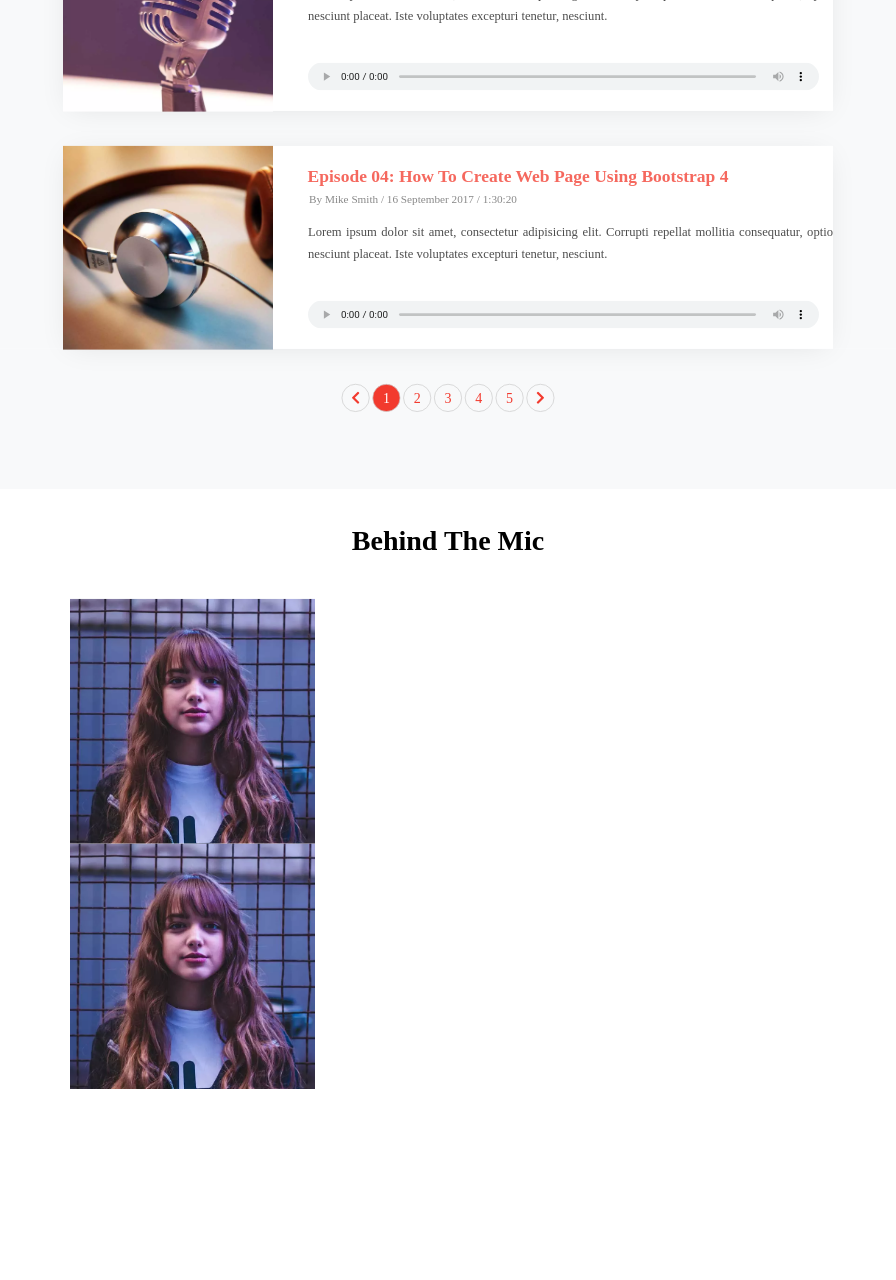
Repository: nhutduy0803/template2
Page: index.html
An editor plug-in stored every save of this project. The page is shown before and after the next save, followed by the edit.
The browser window is 1280 px wide. The pictures show the part of the page from y = 2168 to 4088 px (the page is 3997 px tall before and 4088 px after), at 70% of full size.

Above is the page before, as saved 2021-12-09 14:34:47.

### index.html
<!DOCTYPE html>
<html lang="en">
  <head>
    <meta charset="UTF-8" />
    <meta http-equiv="X-UA-Compatible" content="IE=edge" />
    <meta name="viewport" content="width=device-width, initial-scale=1.0" />
    <link rel="stylesheet" href="./assets/css/style.css" />
    <link
      rel="stylesheet"
      href="./assets/css/font/fontawesome-free-5.15.4-web/css/all.min.css"
    />
    <title>Document</title>
  </head>
  <body>
    <script src="./main.js"></script>
    <div class="slider">
      <h2>Podca</h2>
      <img
        src="./assets/css/img/xhero_bg_1.jpg.pagespeed.ic.EJCcE-mhd6.webp"
        alt=""
      />
      <h3>Episode 09: How To Create Web Page Using Bootstrap 4</h3>
      <span>By Mike Smith | 16 September 2017 | 1:30:20</span>
      <div class="subslider">READ THE TRANSCRIPT</div>
      <div class="menu" onclick="openmenu()">
        <i class="fas fa-bars"></i>
      </div>
      <div class="sub-menu">
        <i class="fas fa-times" onclick="closemenu()"></i>
        <div class="home-menu">
          <p>Home</p>
          <i onclick="subhome()" class="fas fa-caret-down"></i>

          <div class="sub-home">
            <li>Menu One</li>
            <li>Menu Two</li>
            <li>Menu Three</li>
            <li>Sub Menu</li>
          </div>
          <div class="drop-down">
            <p>DropDown</p>
            <i onclick="subdropdown() " class="fas fa-caret-down"></i>
            <div class="sub-dropdown">
              <li>Menu One</li>
              <li>Menu two</li>
              <li>Menu three</li>
            </div>
          </div>

          <p>About</p>
          <p>Contact</p>
        </div>
      </div>
    </div>
    <div class="audio">
      <audio class="audio-one" controls>
        <source src="" type="audio/ogg" />
        <source src="" type="audio/mpeg" />
      </audio>
    </div>
    <div class="RecentPodcasts">
      <h2>Recent Podcasts</h2>
      <div class="container">
        <div class="img-pod">
          <img src="./assets/css/img/pod1.webp" alt="" />
        </div>
        <div class="content-pod">
          <h3>Episode 08: How To Create Web Page Using Bootstrap 4</h3>
          <span>By Mike Smith / 16 September 2017 / 1:30:20</span>
          <p>
            Lorem ipsum dolor sit amet, consectetur adipisicing elit. Corrupti
            repellat mollitia consequatur, optio nesciunt placeat. Iste
            voluptates excepturi tenetur, nesciunt.
          </p>
          <audio class="audiopod" controls>
            <source src="" type="audio/mpeg" />
          </audio>
        </div>
      </div>
      <div class="container">
        <div class="img-pod">
          <img src="./assets/css/img/pod2.webp" alt="" />
        </div>
        <div class="content-pod">
          <h3>Episode 07: How To Create Web Page Using Bootstrap 4</h3>
          <span>By Mike Smith / 16 September 2017 / 1:30:20</span>
          <p>
            Lorem ipsum dolor sit amet, consectetur adipisicing elit. Corrupti
            repellat mollitia consequatur, optio nesciunt placeat. Iste
            voluptates excepturi tenetur, nesciunt.
          </p>
          <audio class="audiopod" controls>
            <source src="" type="audio/mpeg" />
          </audio>
        </div>
      </div>
      <div class="container">
        <div class="img-pod">
          <img src="./assets/css/img/pod3.webp" alt="" />
        </div>
        <div class="content-pod">
          <h3>Episode 06: How To Create Web Page Using Bootstrap 4</h3>
          <span>By Mike Smith / 16 September 2017 / 1:30:20</span>
          <p>
            Lorem ipsum dolor sit amet, consectetur adipisicing elit. Corrupti
            repellat mollitia consequatur, optio nesciunt placeat. Iste
            voluptates excepturi tenetur, nesciunt.
          </p>
          <audio class="audiopod" controls>
            <source src="" type="audio/mpeg" />
          </audio>
        </div>
      </div>
      <div class="container">
        <div class="img-pod">
          <img src="./assets/css/img/pod4.webp" alt="" />
        </div>
        <div class="content-pod">
          <h3>Episode 05: How To Create Web Page Using Bootstrap 4</h3>
          <span>By Mike Smith / 16 September 2017 / 1:30:20</span>
          <p>
            Lorem ipsum dolor sit amet, consectetur adipisicing elit. Corrupti
            repellat mollitia consequatur, optio nesciunt placeat. Iste
            voluptates excepturi tenetur, nesciunt.
          </p>
          <audio class="audiopod" controls>
            <source src="" type="audio/mpeg" />
          </audio>
        </div>
      </div>
      <div class="container">
        <div class="img-pod">
          <img src="./assets/css/img/pod5.webp" alt="" />
        </div>
        <div class="content-pod">
          <h3>Episode 04: How To Create Web Page Using Bootstrap 4</h3>
          <span>By Mike Smith / 16 September 2017 / 1:30:20</span>
          <p>
            Lorem ipsum dolor sit amet, consectetur adipisicing elit. Corrupti
            repellat mollitia consequatur, optio nesciunt placeat. Iste
            voluptates excepturi tenetur, nesciunt.
          </p>
          <audio class="audiopod" controls>
            <source src="" type="audio/mpeg" />
          </audio>
        </div>
      </div>
    </div>
    <div class="list-pod">
      <li><i class="fas fa-chevron-left"></i></li>
      <li>1</li>
      <li>2</li>
      <li>3</li>
      <li>4</li>
      <li>5</li>
      <li><i class="fas fa-chevron-right"></i></li>
    </div>
    <div class="BehindTheMic">
      <h2>Behind The Mic</h2>
      <div class="container-behind">
        <div class="box-behind">
          <div class="picture-behind">
            <img src="./assets/css/img/behind1.webp" alt="" />
          </div>
        </div>

        <div class="picture-behind">
          <img src="./assets/css/img/behind1.webp" alt="" />
        </div>
        <div class="picture-behind">
          <img src="./assets/css/img/behind1.webp" alt="" />
        </div>
        <div class="picture-behind">
          <img src="./assets/css/img/behind1.webp" alt="" />
        </div>
        <div class="picture-behind">
          <img src="./assets/css/img/behind1.webp" alt="" />
        </div>
        <div class="picture-behind">
          <img src="./assets/css/img/behind1.webp" alt="" />
        </div>
      </div>
      <!-- <div class="container-behind">
        <div class="picture-behind">
          <img src="./assets/css/img/behind1.webp" alt="" />
        </div>
      </div>
      <div class="container-behind">
        <div class="picture-behind">
          <img src="./assets/css/img/behind1.webp" alt="" />
        </div>
      </div>
      <div class="container-behind">
        <div class="picture-behind">
          <img src="./assets/css/img/behind1.webp" alt="" />
        </div>
      </div>
      <div class="container-behind">
        <div class="picture-behind">
          <img src="./assets/css/img/behind1.webp" alt="" />
        </div>
      </div>
      <div class="container-behind">
        <div class="picture-behind">
          <img src="./assets/css/img/behind1.webp" alt="" />
        </div>
      </div> -->
    </div>
  </body>
</html>

### assets/css/style.css
* {
  margin: 0;
  padding: 0;
  box-sizing: border-box;
}

.slider {
  width: 100%;
  height: 100vh;
  position: relative;
}

.slider::before {
  content: " ";
  position: absolute;
  top: 0;
  left: 0;
  right: 0;
  bottom: 0;
  background-color: rgba(0, 0, 0, 0.4);
}

.slider img {
  width: 100%;
  height: 100%;
}

.slider h2 {
  position: absolute;
  top: 50px;
  left: 50px;
  color: #fff;
  font-size: 40px;
}
.menu {
  position: absolute;
  right: 50px;
  top: 50px;
  font-size: 30px;
  color: #fff;
}

.slider h3 {
  text-align: center;
  position: absolute;
  transform: translate(-50%);
  top: 30%;
  left: 50%;
  color: #fff;
  font-size: 40px;
  line-height: 1.6;
  font-size: 50px;
}

.slider span {
  position: absolute;
  top: 58%;
  left: 50%;
  transform: translate(-50%);
  color: #ffffff80;
}

.subslider {
  width: 250px;
  background-color: #f23a2e;
  display: flex;
  justify-content: center;
  align-items: center;
  color: #fff;
  font-size: 15px;
  letter-spacing: 2px;
  height: 60px;
  position: absolute;
  top: 65%;
  left: 50%;
  transform: translate(-50%);
  transition: 0.3s;
  border-radius: 5px;
}

.subslider:hover {
  position: absolute;
  top: 64%;
  box-shadow: 0 5px 20px -7px rgba(0, 0, 0, 0.9);
  transition: 0.3s;
}

.sub-menu {
  width: 300px;
  background-color: #fff;
  position: absolute;
  right: -300px;
  top: 0;
  height: 100vh;
  position: fixed;
  transition: 0.3s;
  box-shadow: 0 0 10px rgba(0, 0, 0, 0.4);
}

.sub-menu.openmenu {
  transition: 0.3s;
  right: 0;
}

.sub-menu .fas {
  position: absolute;
  font-size: 25px;
  right: 15px;
  top: 15px;
  transition: 0.2s;
}

.sub-menu .fas:hover {
  transition: 0.2s;
  color: rgb(104, 103, 103);
}

.home-menu {
  margin-top: 100px;
  font-size: 20px;
  margin-left: 15%;
}

.home-menu p {
  margin-bottom: 30px;
  color: #212529;
  transition: 0.3s;
}

.home-menu p:nth-child(2) {
  width: 100%;
  background-color: #fff;
  height: 200px;
}

.home-menu p:hover {
  transition: 0.3s;
  color: #f00;
}

.fa-caret-down {
  margin-top: 85px;
  margin-right: 20px;
}

.drop-down {
  position: relative;
}

.drop-down .fa-caret-down {
  position: absolute;
  top: -85px;
}
.sub-home {
  margin-top: -20px;
  width: 200px;
  height: 0px;
  background-color: #fff;
  visibility: hidden;
  transition: 0.5s;
  opacity: 0;
  margin-bottom: 20px;
}

.sub-home.opensubhome {
  height: 170px;
  visibility: inherit;
  transition: 0.5s;
  opacity: 1;
}

.sub-home li {
  padding: 10px 0px;
  font-weight: 300;
  margin-left: 30px;
  font-size: 17px;
  list-style-type: none;
  /* transition: 0.3s; */
}

.sub-home li:hover {
  transition: 0.3s;
  color: #f00;
}

.sub-dropdown {
  margin-top: -20px;
  background-color: #fff;
  height: 0px;
  width: 200px;
  visibility: hidden;
  transition: 0.3s;
  opacity: 0;
  margin-bottom: 20px;
}

.sub-dropdown li {
  padding-top: 22.5px;
  margin-left: 30px;
  font-weight: 300;
  font-size: 17px;
  list-style-type: none;
  transition: 0.3s;
}

.sub-dropdown li:hover {
  transition: 0.3s;
  color: #f00;
}

.sub-dropdown.opensubdropdown {
  opacity: 1;
  visibility: inherit;
  transition: 0.3s;
  height: 150px;
}

.audio {
  display: flex;
  justify-content: center;
  align-items: center;
  width: 100%;
  background-color: #f8f9fa;
  height: 200px;
}

.audio-one {
  width: 750px;
  height: 40px;
}

.RecentPodcasts {
  background: #f8f9fa;
  height: auto;
  width: 100%;
  text-align: center;
}

.RecentPodcasts h2 {
  font-size: 40px;
  margin-bottom: 50px;
}

.container {
  width: 1100px;
  height: 290px;
  position: relative;
  margin: auto;
  box-shadow: 0 5px 40px -10px rgb(0 0 0 / 10%);
  margin-top: 50px;
}

.img-pod {
  position: absolute;
  top: 0;
  left: 0;
  height: 290px;
  width: 300px;
}

.img-pod img {
  width: 100%;
  height: 100%j;
}

.content-pod {
  padding-top: 30px;
  background: #fff;
  height: 100%;
}

.content-pod h3 {
  font-size: 25px;
  margin-left: 200px;
  color: #f23b2ec4;
  margin-bottom: 10px;
}

.content-pod span {
  margin-left: -100px;
  color: #888;
}

.content-pod p {
  line-height: 1.8;
  margin-top: 20px;
  text-align: justify;
  margin-left: 350px;
  font-size: 18px;
  color: #4d4d4d;
  font-weight: 300;
}

.audiopod {
  margin-top: 50px;
  width: 730px;
  height: 40px;
  margin-left: 330px;
}

.list-pod {
  background: #f8f9fa;
  height: 200px;
  width: 100%;
  text-align: center;
}

.list-pod li {
  padding-top: 7.5px;
  margin-top: 50px;
  list-style-type: none;
  border-radius: 50%;
  height: 40px;
  width: 40px;
  border: 1px solid #ccc;
  display: inline-block;
  color: #f23a2e;
  font-size: 20px;
}

.list-pod li:nth-child(2) {
  font-size: 20px;
  color: #fff;
  background: #f23a2e;
}

.BehindTheMic {
  width: 100%;
  height: 150vh;
  background: #fff;
  text-align: center;
}

.BehindTheMic h2 {
  margin-top: 50px;
  font-size: 40px;
  margin-bottom: 50px;
}

.container-behind {
  margin: auto;
  width: 1100px;
}

.picture-behind {
  margin-left: 10px;
  float: left;
  width: 350px;
  height: 350px;
  overflow: hidden;
  margin-top: 10px;
  /* position: relative; */
  position: absolute;
}

.picture-behind img {
  width: 100%;
  height: 100%;
  transition: 0.3s;
  position: relative;
}

.box-behind {
  position: relative;
  width: 350px;
  height: 350px;
}

### main.js
function openmenu() {
  var openmenu = document.querySelector(".sub-menu");
  openmenu.classList.add("openmenu");
}

function closemenu() {
  var openmenu = document.querySelector(".sub-menu");
  openmenu.classList.remove("openmenu");
}

function subhome() {
  var opensubhome = document.querySelector(".sub-home");
  opensubhome.classList.toggle("opensubhome");
}

function subdropdown() {
  var subdropdown = document.querySelector(".sub-dropdown");
  subdropdown.classList.toggle("opensubdropdown");
}

Loaded but not shown: assets/css/font/fontawesome-free-5.15.4-web/css/all.min.css (library)

After the next save:
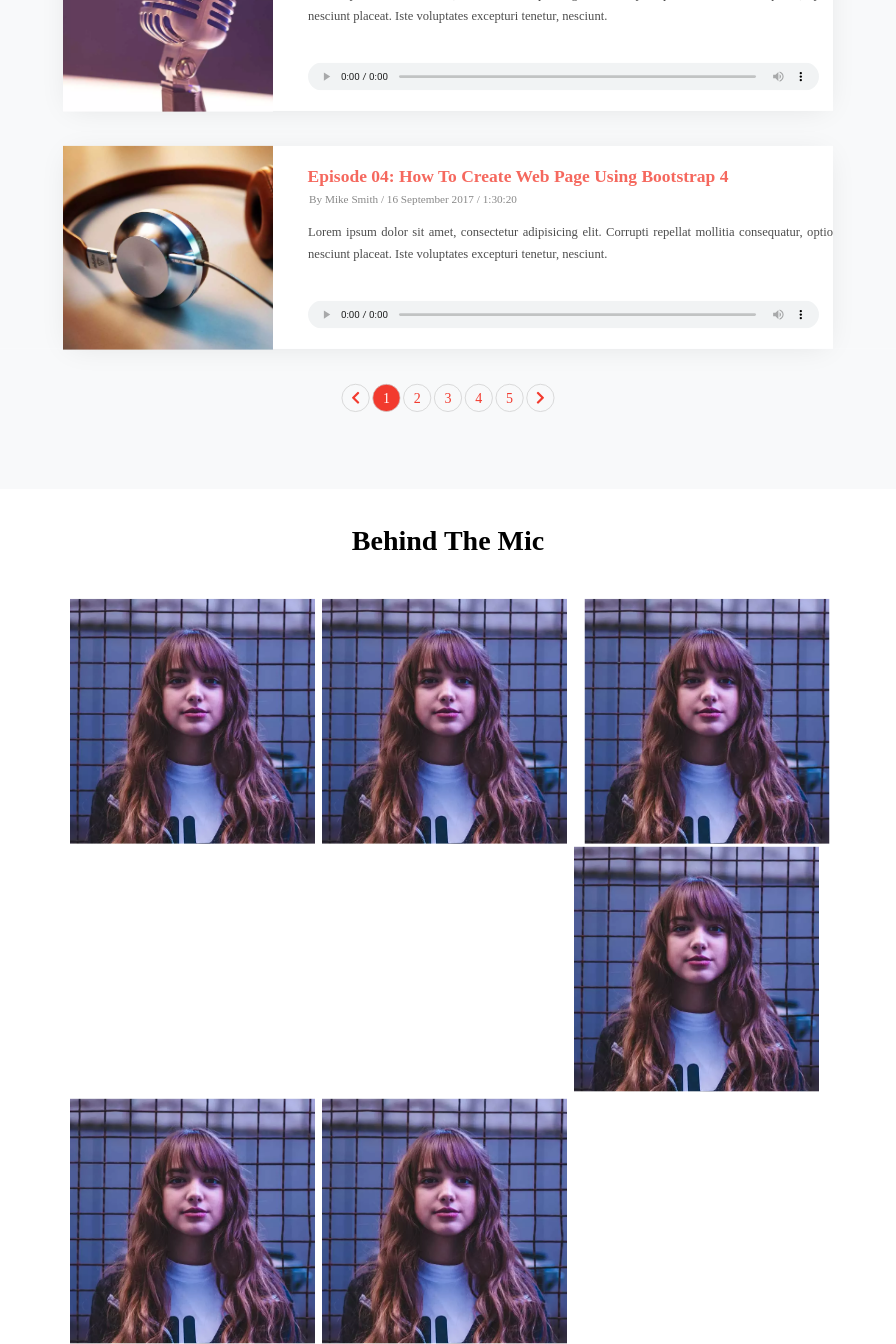
Saved 15 s later.
--- a/assets/css/style.css
+++ b/assets/css/style.css
@@ -349,8 +349,7 @@
   height: 350px;
   overflow: hidden;
   margin-top: 10px;
-  /* position: relative; */
-  position: absolute;
+  position: relative;
 }
 
 .picture-behind img {
@@ -361,6 +360,7 @@
 }
 
 .box-behind {
+  display: inline-block;
   position: relative;
   width: 350px;
   height: 350px;
